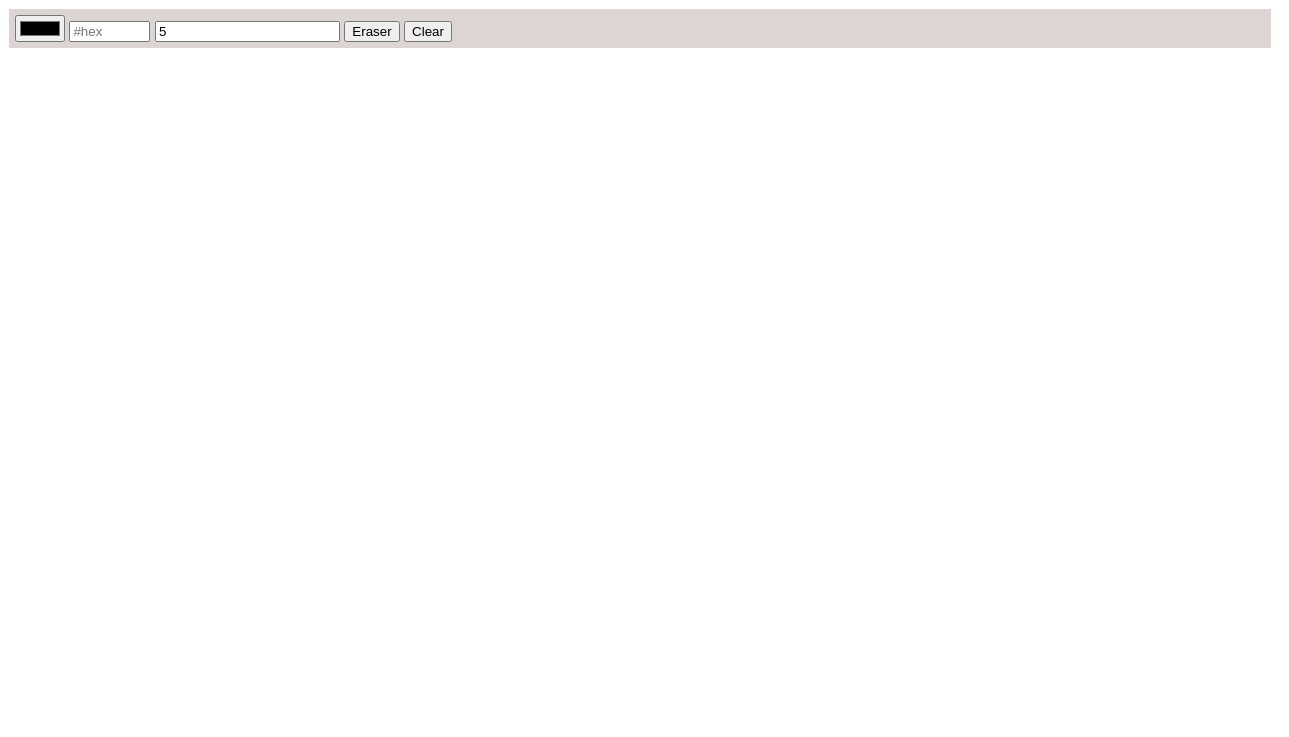
Repository: manayparikh1/CanColour
Page: index.html
These files come from the project's save history. The page is drawn as it stood at one moment and after the next save; the edit follows.
The browser window is 1280 px wide. The page is 1289 px wide, so the pictures cover 1289 px, including what lies to the right of the window. The pictures show the whole page.

Above is the page before, as saved 2026-10-08 11:48:11.

After the next save:
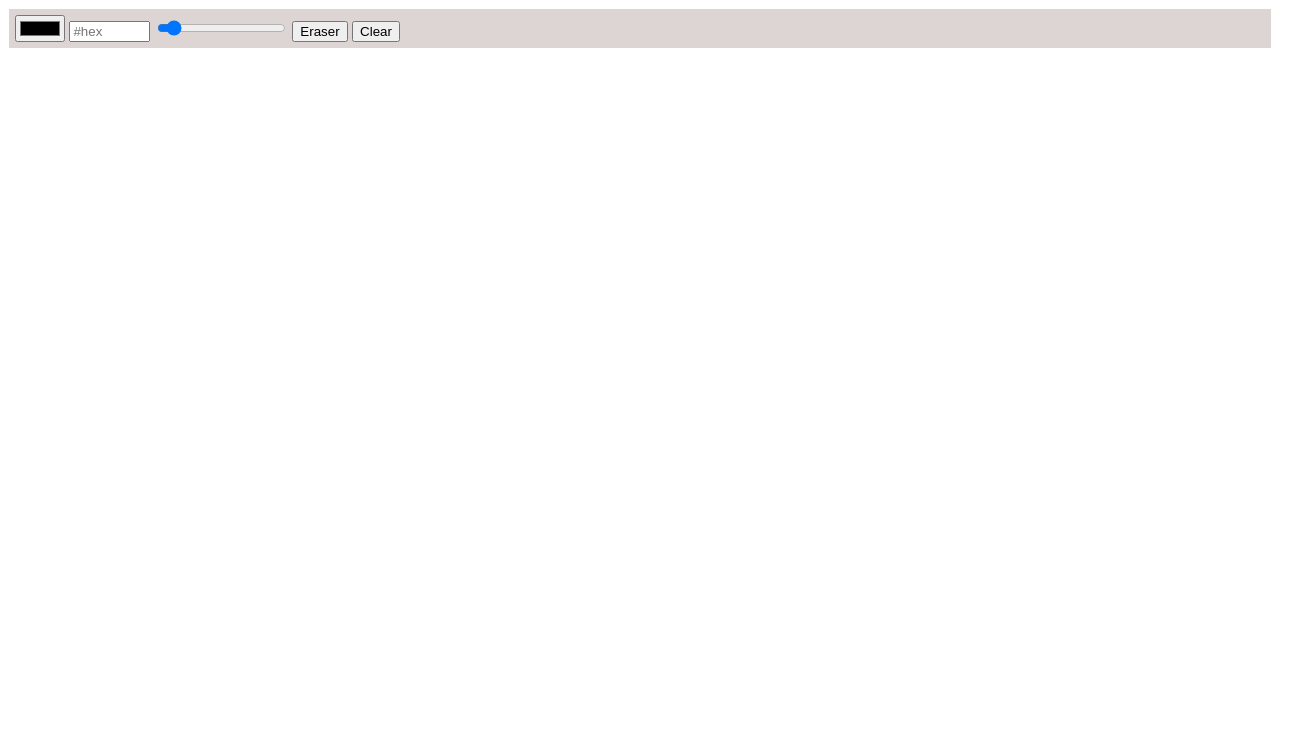
Saved 3 h 46 min later.
--- a/index.html
+++ b/index.html
@@ -4,7 +4,7 @@ font: 16px Arial, sans-serif;">
         <input type=color id=col valeu="#000000">
         <input id="hex" placeholder="#hex" size=7>
 
-        <input type="range id=size" min=1 max=50 value=5>
+        <input type="range" id="size" min=1 max=50 value=5>
         <button id="eraser">Eraser</button>
         <button id="clear">Clear</button>
     </div>
@@ -23,7 +23,7 @@ font: 16px Arial, sans-serif;">
         };
         c.onpointermove = function (e) {
             if (!drawing) return;
-            setStrokeStyle(col.value);
+            ctx.setStrokeStyle(col.value);
             ctx.lineWidth = size.value;
             ctx.lineTo(e.offsetX, e.offsetY);
             ctx.stroke();
